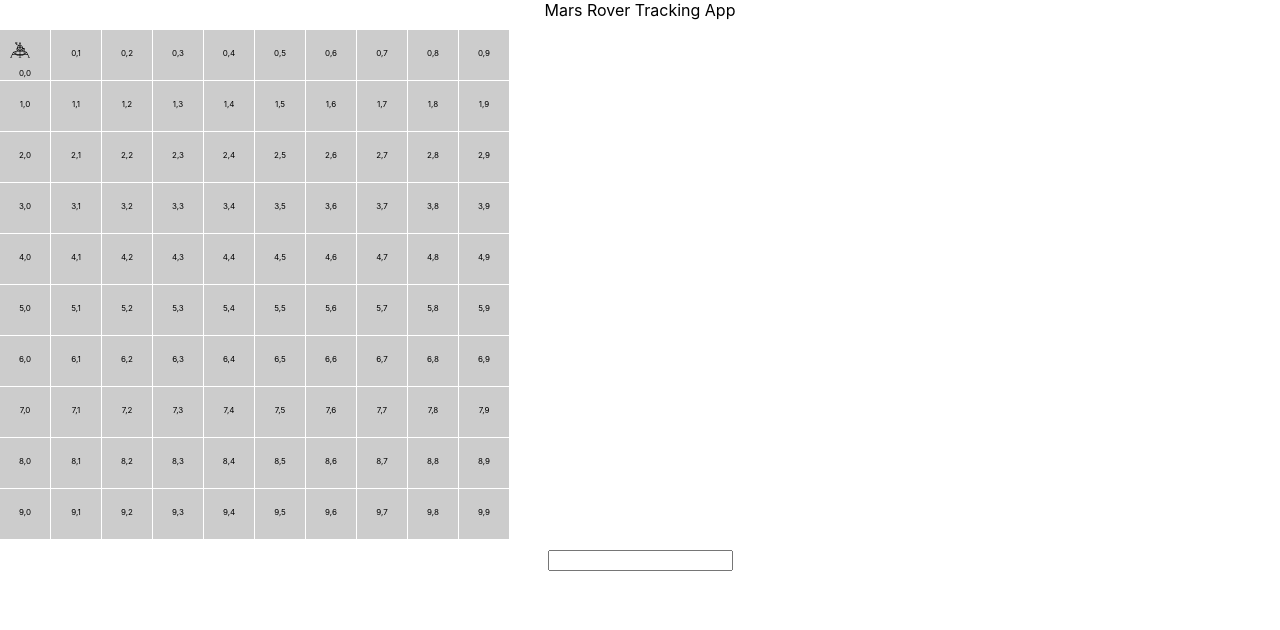
Repository: madhurisandbhor/Rover-Tracking-App
Page: /
These files come from the project's save history. The page is drawn as it stood at one moment and after the next save; the edit follows.
The browser window is 1280 px wide. The pictures show the whole page.
The project was rebuilt for these pictures with package versions that can differ from the ones it lists, and the page was loaded fresh each time.

Above is the page before, as saved 2021-09-06 18:44:37.

### src/App.js
import './App.css';
import Grid from './Grid'

function App() {
  return (
    <div className="App">
      <div>Mars Rover Tracking App</div>
      <Grid />
    </div>
  );
}

export default App;

### src/Grid.jsx
import React, { useState, useEffect } from 'react'
import { maxY, maxX, x, y, d } from './constants'
import testGrid from './testGrid'
import roverIcon from './svg/rover-icon.svg'

const wrapper = {
  width: '100%',
  margin: '10px auto',
  display: 'grid',
  gridTemplateColumns: `repeat(${maxY + 1}, 50px)`,
  gridTemplateRows: `repeat(${maxX + 1}, 50px)`,
  gridGap: '1px',
}

const itemStyle = {
  padding: '10px',
  backgroundColor: '#ccc',
}

const itemSpan = {
  fontSize: '8px',
}

const roverImg = {
  width: '20px',
  height: '20px',
  alignText: 'center',
}

const Grid = () => {
  const gridLength = (maxX + 1) * (maxY + 1)
  const arr = Array(gridLength).fill()
  const [input, setInput] = useState('')
  const [roverXPosition, setRoverXPosition] = useState(x)
  const [roverYPosition, setRoverYPosition] = useState(y)
  const [roverDirection, setRoverDirection] = useState(d)

  useEffect(() => {
    const result = testGrid(input)
    setRoverXPosition(result[0]) // X-position
    setRoverYPosition(result[1]) // y-position
    setRoverDirection(result[2]) // direction
  }, [input])

  return (
    <div>
      <div style={wrapper}>
        {arr.map((item, index) => (
          <div key={index} style={itemStyle}>
            {roverXPosition * 10 + roverYPosition === index && (
              <div style={roverImg}>
                <img style={{ width: '100%' }} src={roverIcon} alt="rover" />
              </div>
            )}
            <span style={itemSpan}>
              {Math.floor(index / 10)},{index % 10}
            </span>
          </div>
        ))}
      </div>
      <input
        name="inputString"
        value={input}
        onChange={(event) => setInput(event.target.value)}
      />
    </div>
  )
}

export default Grid

### src/constants.js
export const x = 0, y = 0, maxX = 9, maxY = 9;
export const d = 'N';
export const directionsToRight = ['N', 'E', 'S', 'W']
export const directionsToLeft = ['N', 'W', 'S', 'E']

### src/testGrid.js
import {
  x,
  y,
  d,
  directionsToRight,
  directionsToLeft,
  maxX,
  maxY,
} from './constants'

const testGrid = (testString) => {
  const roverPosition = [x, y, d]
  const testArr = testString.split('')

  for (let i = 0; i < testArr.length; i++) {
    if (testArr[i] === 'r') {
      let currDirIndex = directionsToRight.findIndex(
        (item) => item === roverPosition[2]
      )
      if (currDirIndex > -1 && currDirIndex < 3)
        roverPosition[2] = directionsToRight[currDirIndex + 1]
      else roverPosition[2] = directionsToRight[0]
    } else if (testArr[i] === 'l') {
      let currDirIndex = directionsToLeft.findIndex(
        (item) => item === roverPosition[2]
      )
      if (currDirIndex > -1 && currDirIndex < 3)
        roverPosition[2] = directionsToLeft[currDirIndex + 1]
      else roverPosition[2] = directionsToLeft[0]
    } else if (testArr[i] === 'f') {
      if (roverPosition[2] === 'E') {
        if (roverPosition[1] < maxY) roverPosition[1]++
        else roverPosition[1] = 0
      } else if (roverPosition[2] === 'S') {
        if (roverPosition[0] < maxX) roverPosition[0]++
        else roverPosition[0] = 0
      } else if (roverPosition[2] === 'N') {
        if (roverPosition[0] <= 0) roverPosition[0] = maxX
        else roverPosition[0]--
      } else if (roverPosition[2] === 'W') {
        if (roverPosition[1] <= 0) roverPosition[1] = maxY
        else roverPosition[1]--
      }
    }
  }

  return roverPosition
}

export default testGrid

Loaded but not shown: public/index.html (common file); src/index.js (common file); src/index.css (common file); src/App.css (common file)

After the next save:
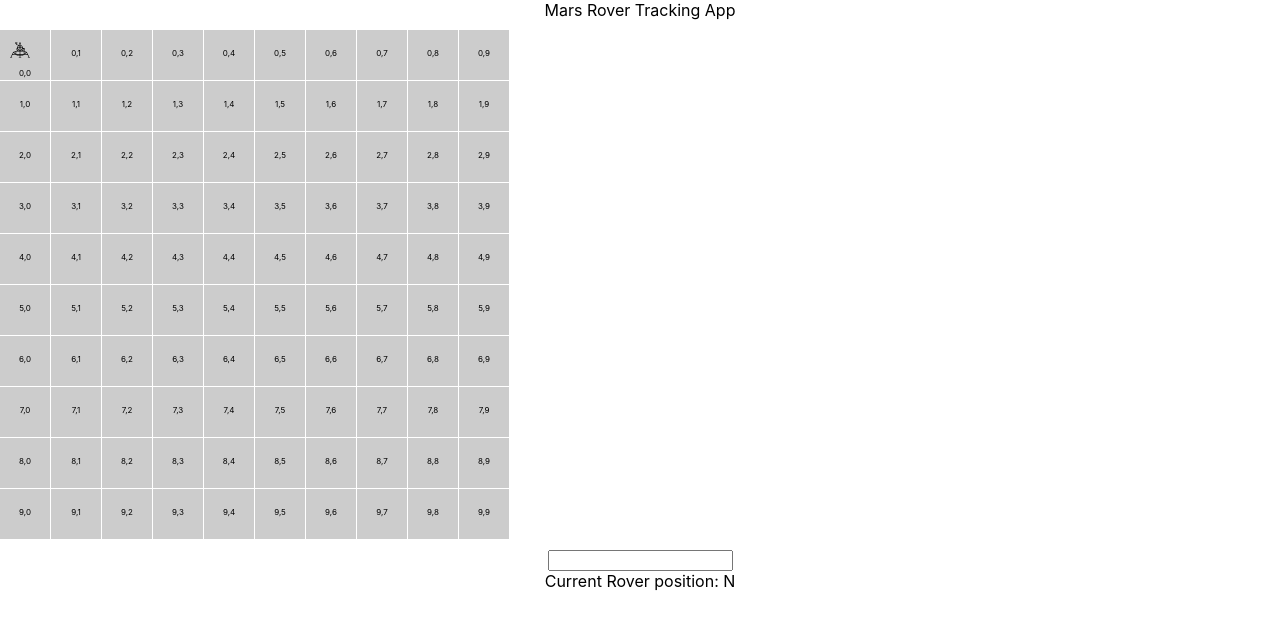
Saved 2 min 7 s later.
--- a/src/Grid.jsx
+++ b/src/Grid.jsx
@@ -63,6 +63,10 @@ const Grid = () => {
         value={input}
         onChange={(event) => setInput(event.target.value)}
       />
+      <div>
+        Current Rover position:{' '}
+        {(roverXPosition, roverYPosition, roverDirection)}
+      </div>
     </div>
   )
 }
